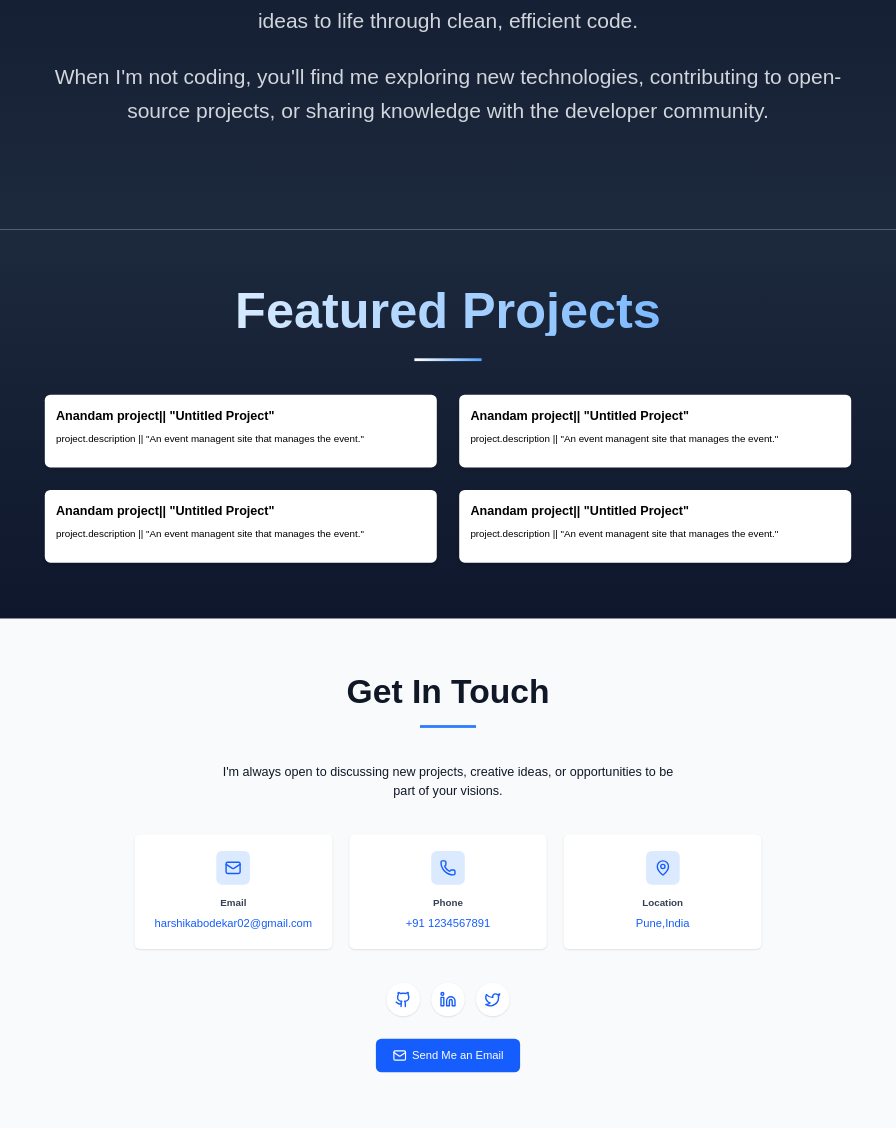
Repository: harshikabodekar/portfolio_awp
Page: /
An editor plug-in stored every save of this project. The page is shown before and after the next save, followed by the edit.
The browser window is 1280 px wide. The pictures show the part of the page from y = 1177 to 3097 px (the page is 2789 px tall before and 3097 px after), at 70% of full size.
The project was rebuilt for these pictures with package versions that can differ from the ones it lists, and the page was loaded fresh each time. The framework's server and built-in components were replaced by stand-ins that run in the browser. Also part of the build but not shown: next.config.mjs.

Above is the page before, as saved 2025-10-15 20:33:06.

### src/app/layout.js
import "./globals.css";

export const metadata = {
  title: "AWP Portfolio",
  description: "Personal portfolio",
};

export default function RootLayout({ children }) {
  return (
    <html lang="en">
      <body className="antialiased">
        {children}
      </body>
    </html>
  );
}

### src/app/page.js
//import Image from "next/image";
import Navbar from "./components/Navbar";
import React from "react";
import Projects from "./components/Project";
import About from "./components/About";
import Contact from "./components/Contact";
import Hero from "./components/Hero";
import ProjectCard from "./components/ProjectCard";

export default function Home() {
  return (
    <div className="font-sans">
      <Navbar />
      <main className="w-full">
        <Hero />
        <About />
        <Projects />
        <Contact />
      </main>
    </div>
  );
}

### src/app/components/Navbar.js
import React from 'react';

const Navbar = () => {
  return (
    <nav className="bg-gray-900 text-white py-4 px-6 fixed w-full top-0 left-0 z-50 shadow-lg">
      <div className="container mx-auto flex justify-between items-center">
        <h1 className="text-4xl font-bold">My Portfolio</h1>
        <ul className="flex space-x-12 text-2xl">
          <li><a href="#home" className="hover:text-blue-400 transition-colors">Home</a></li>
          <li><a href="#about" className="hover:text-blue-400 transition-colors">About</a></li>
          <li><a href="#skills" className="hover:text-blue-400 transition-colors">Skills</a></li>
          <li><a href="#projects" className="hover:text-blue-400 transition-colors">Projects</a></li>
          <li><a href="#contact" className="hover:text-blue-400 transition-colors">Contact</a></li>
        </ul>
      </div>
    </nav>
  );
};

export default Navbar;

### src/app/components/Project.js
import React from 'react';
import ProjectCard from './ProjectCard';
import { projectsData } from '../data/projects';

const Projects = () => {
  const projects = [
    {
      title: "E-Commerce Platform",
      description: "A full-stack e-commerce solution with payment integration, admin dashboard, and real-time inventory management.",
      tech: ["React", "Node.js", "MongoDB", "Stripe"],
      github: "https://github.com",
      demo: "https://demo.com"
    },
    {
      title: "Task Management App",
      description: "Collaborative task manager with real-time updates, team workspaces, and advanced filtering capabilities.",
      tech: ["Next.js", "TypeScript", "PostgreSQL", "Prisma"],
      github: "https://github.com",
      demo: "https://demo.com"
    },
    {
      title: "Weather Dashboard",
      description: "Real-time weather dashboard with forecasts, interactive maps, and location-based recommendations.",
      tech: ["Vue.js", "Python", "FastAPI", "OpenWeather API"],
      github: "https://github.com",
      demo: "https://demo.com"
    },
    {
      title: "AI Chat Application",
      description: "Intelligent chatbot with natural language processing, context awareness, and custom training capabilities.",
      tech: ["React", "Python", "TensorFlow", "WebSockets"],
      github: "https://github.com",
      demo: "https://demo.com"
    }
  ];

return (
    <section id="projects" className="py-20 px-6 bg-gradient-to-b from-slate-800 to-slate-900 text-white">
      <div className="container mx-auto px-4">
        <div className="max-w-6xl mx-auto">
          <h2 className="text-4xl sm:text-5xl md:text-6xl lg:text-7xl font-bold mb-8 text-center bg-gradient-to-r from-white to-blue-400 bg-clip-text text-transparent">
            Featured Projects
          </h2>
          <div className="w-24 h-1 bg-gradient-to-r from-white to-blue-400 mx-auto mb-12"></div>

          <div className="grid md:grid-cols-2 gap-6 lg:gap-8">
            {projects.map((project, index) => (
              <ProjectCard key={index} project={project} />
            ))}
          </div>
        </div>
      </div>
    </section>
  );
};

export default Projects;

### src/app/components/About.js
import React from 'react';

const About = () => {
  return (
    <section id="about" className="py-20 px-6 bg-gradient-to-b from-slate-900 to-slate-800 text-white">
      <div className="container mx-auto px-4">
        <div className="max-w-6xl mx-auto">
          <h2 className="text-4xl sm:text-5xl md:text-6xl lg:text-7xl font-bold mb-8 text-center bg-gradient-to-r from-white to-blue-400 bg-clip-text text-transparent">
            About Me
          </h2>
          <div className="w-24 h-1 bg-gradient-to-r from-white to-blue-400 mx-auto mb-12"></div>

          <div className="mb-16 text-center">
            <p className="text-xl sm:text-2xl md:text-3xl text-gray-300 leading-relaxed mb-8">
              I'm a passionate developer with a keen eye for design and a love for creating
              seamless digital experiences. With expertise in modern web technologies, I bring
              ideas to life through clean, efficient code.
            </p>
            <p className="text-xl sm:text-2xl md:text-3xl text-gray-300 leading-relaxed">
              When I'm not coding, you'll find me exploring new technologies, contributing to
              open-source projects, or sharing knowledge with the developer community.
            </p>

          </div>

          </div>
      </div>
    </section>
  );
};

export default About;

### src/app/components/Contact.js
"use client";
import { Mail, Phone, MapPin, Github, Linkedin, Twitter } from 'lucide-react';

const Contact = () => {
  const contactInfo = [
    { icon: Mail, label: 'Email', value: 'harshikabodekar02@gmail.com', href: 'mailto:your.email@example.com' },
    { icon: Phone, label: 'Phone', value: '+91 1234567891', href: 'tel:+911234567891' },
    { icon: MapPin, label: 'Location', value: 'Pune,India', href: '#' },
  ];

  const socialLinks = [
    { icon: Github, label: 'GitHub', href: 'https://github.com/harshikabodekar' },
    { icon: Linkedin, label: 'LinkedIn', href: 'https://linkedin.com' },
    { icon: Twitter, label: 'Twitter', href: 'https://twitter.com' },
  ];

  return (
    <section id="contact" className="py-20 bg-gray-50 text-gray-900">
      <div className="container mx-auto px-4">
        <div className="max-w-4xl mx-auto">
          <h2 className="text-4xl md:text-5xl font-bold mb-6 text-center">Get In Touch</h2>
          <div className="w-20 h-1 bg-blue-500 mx-auto mb-12"></div>

          <p className="text-center text-lg mb-12 max-w-2xl mx-auto">
            I'm always open to discussing new projects, creative ideas, or opportunities to be part of your visions.
          </p>

          <div className="grid md:grid-cols-3 gap-6 mb-12">
            {contactInfo.map((info, index) => {
              const IconComponent = info.icon;
              return (
                <div key={index} className="bg-white p-6 rounded-lg shadow text-center hover:shadow-lg transition-shadow">
                  <div className="inline-flex p-3 bg-blue-100 rounded-lg mb-4">
                    <IconComponent className="w-6 h-6 text-blue-600" />
                  </div>
                  <h3 className="text-sm font-semibold mb-2 text-gray-700">{info.label}</h3>
                  <a href={info.href} className="text-blue-600 hover:text-blue-800 transition-colors">{info.value}</a>
                </div>
              );
            })}
          </div>

          <div className="text-center">
            <div className="flex justify-center gap-4 mb-8">
              {socialLinks.map((social, i) => {
                const SocialIcon = social.icon;
                return (
                  <a
                    key={i}
                    href={social.href}
                    target="_blank"
                    rel="noreferrer"
                    className="p-3 bg-white rounded-full shadow hover:shadow-lg transition-all hover:bg-blue-600 hover:text-white group"
                    aria-label={social.label}
                  >
                    <SocialIcon className="w-6 h-6 text-blue-600 group-hover:text-white transition-colors" />
                  </a>
                );
              })}
            </div>

            <div className="text-center">
              <a href="mailto:your.email@example.com" className="inline-flex items-center gap-2 px-6 py-3 bg-blue-600 text-white rounded-lg hover:bg-blue-700 transition-colors">
                <Mail className="w-5 h-5" />
                Send Me an Email
              </a>
            </div>
          </div>
        </div>
      </div>
    </section>
  );
};

export default Contact;

### src/app/components/Hero.js
"use client";
import React from 'react';
import { Github, Linkedin, Mail } from 'lucide-react';

const Hero = () => {
  return (
    <section id="home" className="relative w-full min-h-screen flex items-center justify-center bg-gradient-to-b from-slate-800 to-slate-900 text-white pt-20">
      <div className="w-full px-4 sm:px-6 lg:px-8 py-12 sm:py-16 md:py-20 relative z-10">
        <div className="max-w-6xl mx-auto text-center">
          <div className="mb-6 sm:mb-8 flex justify-center">
            <div className="w-32 h-32 sm:w-40 sm:h-40 md:w-48 md:h-48 rounded-full bg-gray-300 dark:bg-gray-600 border-4 border-white flex items-center justify-center text-xl sm:text-2xl font-bold text-gray-800">HB</div>
          </div>



          <h1 className="text-4xl sm:text-4xl md:text-5xl lg:text-6xl xl:text-7xl font-bold mb-4 sm:mb-6 bg-gradient-to-r from-white to-blue-400 bg-clip-text text-transparent px-4">
            Harshika Bodekar
          </h1>

          <p className="text-base sm:text-lg md:text-xl lg:text-3xl text-gray-300 mb-6 sm:mb-8 font-light px-4">
            Computer Science Student | Frontend Developer
          </p>

          <p className="text-sm sm:text-base md:text-2xl text-gray-400 mb-8 sm:mb-12 max-w-2xl mx-auto leading-relaxed px-4">
            Crafting elegant digital experiences with modern technologies.
            Passionate about clean code, intuitive design, and building products that make a difference.
          </p>

          {/* <div className="flex flex-col sm:flex-row flex-wrap gap-4 justify-center mb-8 sm:mb-12 px-4">
            <button onClick={() => {}} className="px-6 py-3 bg-white text-slate-900 rounded-full font-medium hover:bg-gray-100 transition-colors w-full sm:w-auto">View My Work</button>
            <button onClick={() => {}} className="px-6 py-3 border-2 border-white text-white rounded-full hover:bg-white hover:text-slate-900 transition-colors w-full sm:w-auto">Get In Touch</button>
          </div> */}

          <div className="flex flex-wrap gap-4 sm:gap-6 justify-center px-4">
            <a
              href="https://github.com/harshikabodekar"
              target="_blank"
              rel="noopener noreferrer"
              className="p-3 bg-white/10 rounded-full hover:bg-white/20 transition-all group"
              aria-label="GitHub"
            >
              <Github className="w-6 h-6 sm:w-8 sm:h-8 text-white group-hover:text-blue-400 transition-colors" />
            </a>
            <a
              href="https://linkedin.com/in/harshikabodekar"
              target="_blank"
              rel="noopener noreferrer"
              className="p-3 bg-white/10 rounded-full hover:bg-white/20 transition-all group"
              aria-label="LinkedIn"
            >
              <Linkedin className="w-6 h-6 sm:w-8 sm:h-8 text-white group-hover:text-blue-400 transition-colors" />
            </a>
            <a
              href="mailto:harshikabodekar02@gmail.com"
              className="p-3 bg-white/10 rounded-full hover:bg-white/20 transition-all group"
              aria-label="Email"
            >
              <Mail className="w-6 h-6 sm:w-8 sm:h-8 text-white group-hover:text-blue-400 transition-colors" />
            </a>
          </div>
        </div>
      </div>

      <div className="hidden sm:block absolute bottom-10 left-1/2 -translate-x-1/2">
        <div className="w-6 h-10 border-2 border-white rounded-full flex justify-center">
          <div className="w-1 h-3 bg-white rounded-full mt-2 animate-pulse"></div>
        </div>
      </div>
    </section>
  );
};

export default Hero;

### src/app/components/ProjectCard.js
import React from 'react';

export default function ProjectCard({ project = {} }) {
  return (
    <article className="bg-white text-black rounded-lg p-4 shadow-md">
      <h3 className="font-semibold text-lg mb-2">Anandam project|| "Untitled Project"</h3>
      <p className="text-sm mb-4">project.description || "An event managent site that manages the event."</p>
      {project.link && (
        <a
          className="text-blue-600 underline"
          href={project.link}
          target="_blank"
          rel="noreferrer"
        >
          View
        </a>
      )}
    </article>
  );
}

### src/app/data/projects.js
export const projectsData = [
  {
    id: '1',
    title: 'Sample Project One',
    description: 'A short description of project one.',
    link: 'https://example.com',
  },
  {
    id: '2',
    title: 'Sample Project Two',
    description: 'A short description of project two.',
    link: 'https://example.com',
  },
];

Loaded but not shown: src/app/globals.css (common file)

After the next save:
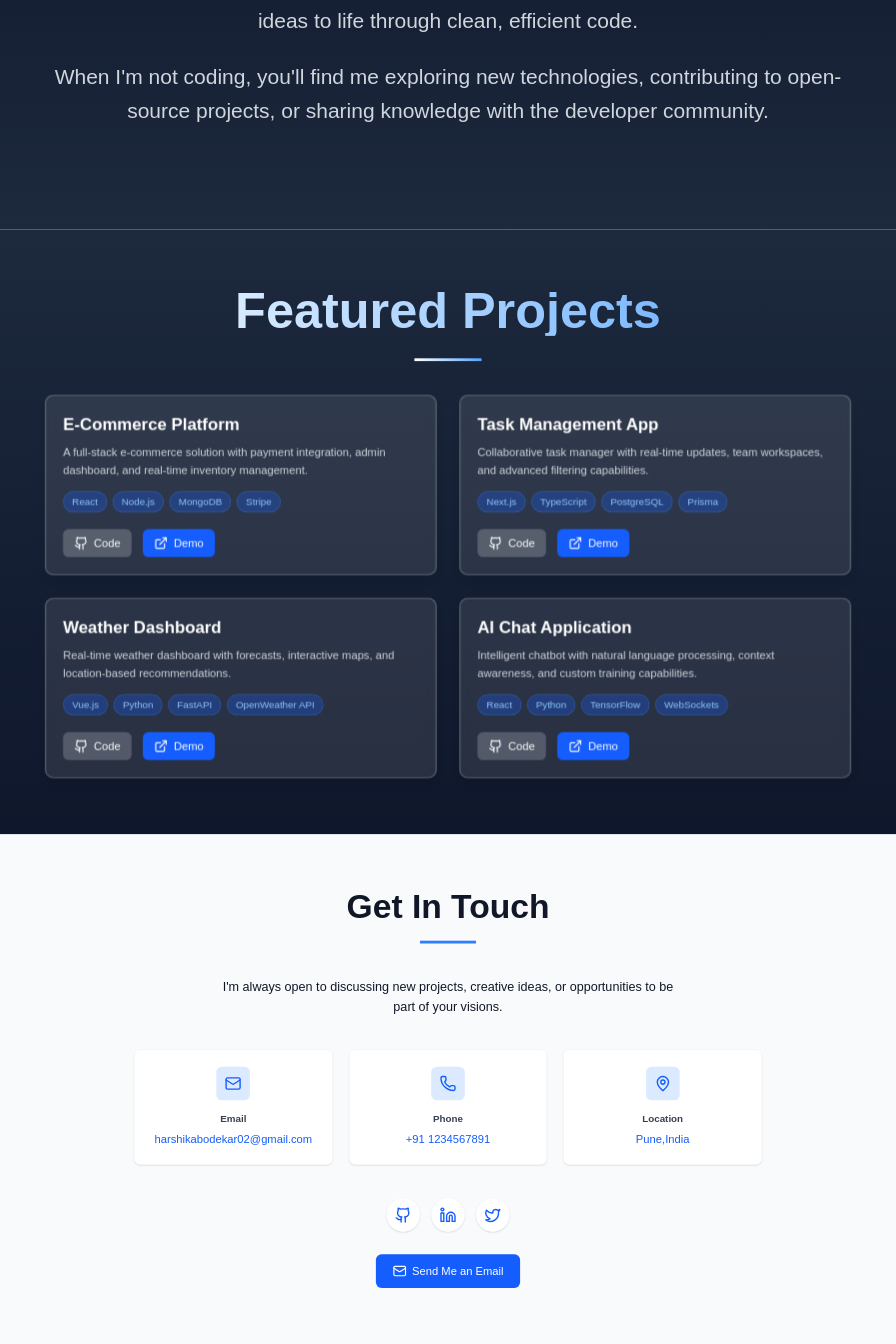
Saved 21 s later.
--- a/src/app/components/ProjectCard.js
+++ b/src/app/components/ProjectCard.js
@@ -1,20 +1,60 @@
+"use client";
 import React from 'react';
+import { Github, ExternalLink } from 'lucide-react';
 
 export default function ProjectCard({ project = {} }) {
+  const { title, description, tech = [], github, demo } = project;
+
   return (
-    <article className="bg-white text-black rounded-lg p-4 shadow-md">
-      <h3 className="font-semibold text-lg mb-2">Anandam project|| "Untitled Project"</h3>
-      <p className="text-sm mb-4">project.description || "An event managent site that manages the event."</p>
-      {project.link && (
-        <a
-          className="text-blue-600 underline"
-          href={project.link}
-          target="_blank"
-          rel="noreferrer"
-        >
-          View
-        </a>
+    <article className="bg-white/10 backdrop-blur-sm border-2 border-white/20 rounded-xl p-6 shadow-lg hover:shadow-2xl hover:border-blue-400/50 transition-all duration-300 group">
+      <h3 className="font-bold text-2xl mb-3 text-white group-hover:text-blue-400 transition-colors">
+        {title || "Untitled Project"}
+      </h3>
+
+      <p className="text-gray-300 text-base mb-4 leading-relaxed">
+        {description || "An event management site that manages the event."}
+      </p>
+
+      {tech && tech.length > 0 && (
+        <div className="flex flex-wrap gap-2 mb-4">
+          {tech.map((technology, index) => (
+            <span
+              key={index}
+              className="px-3 py-1 bg-blue-600/30 text-blue-300 rounded-full text-sm font-medium border border-blue-400/30"
+            >
+              {technology}
+            </span>
+          ))}
+        </div>
       )}
+
+      <div className="flex gap-4 mt-6">
+        {github && (
+          <a
+            href={github}
+            target="_blank"
+            rel="noreferrer"
+            className="flex items-center gap-2 px-4 py-2 bg-white/20 hover:bg-white/30 text-white rounded-lg transition-colors"
+            aria-label="View on GitHub"
+          >
+            <Github className="w-5 h-5" />
+            <span>Code</span>
+          </a>
+        )}
+
+        {demo && (
+          <a
+            href={demo}
+            target="_blank"
+            rel="noreferrer"
+            className="flex items-center gap-2 px-4 py-2 bg-blue-600 hover:bg-blue-700 text-white rounded-lg transition-colors"
+            aria-label="View live demo"
+          >
+            <ExternalLink className="w-5 h-5" />
+            <span>Demo</span>
+          </a>
+        )}
+      </div>
     </article>
   );
 }
